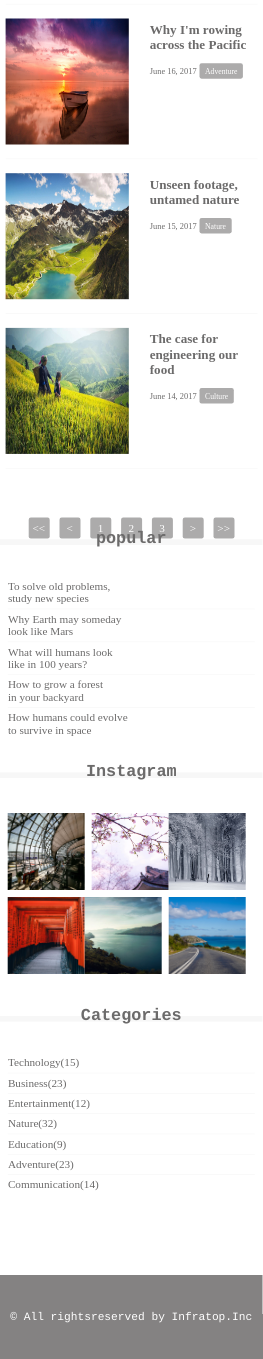
Repository: HaraTakae/kadai1-10
Page: caravan/index.html
The author's editor kept a record of every edit. The page is drawn from the files as they stood at one moment, then again after the next edit.
The browser window is 375 px wide. The pictures show the part of the page from y = 1028 to 3268 px (the page is 2970 px tall before and 3268 px after), at 70% of full size.
Some web libraries are served in a nearby version.

Above is the page before.

### caravan/index.html
<!DOCTYRE html>
<html lang="ja">
  <head>
    <meta charset="UTF-8" />
    <meta name="viewport" content="width=device-width,initial-scale=1.0">
    <!-- FontAwesomeの読み込み -->

    <script src="https://kit.fontawesome.com/e576961936.js" crossorigin="anonymous"></script>
    <!--CSSファイルの読み込み -->
    <link rel="stylesheet" href="style.css" />
    <title>CARAVAN</title>
  </head>

  <body>
    <!-- header -->
    <header>
      <h1 class="heading">
        <a href="index.html">
         CARAVAN
        </a>
      </h1>

      <div class="social">
        <i class="fa-brands fa-square-facebook"></i>
        <i class="fa-brands fa-square-twitter"></i>
        <i class="fa-brands fa-instagram"></i>
      </div>
    </header>

    <!-- navigation -->
    <nav>
      <ul class="nav-list">
        <li class="nav-list-item">
          <a href="index.html">Home</a>
        </li>
        <li class="nav-list-item">About</li>
        <li class="nav-list-item">Topic</li>
      </ul>
    </nav>

    <!-- main-visual用のdiv-->
    <div class="main-visual">
      <div class="main-visual-content">
        <p class="main-visual-text">
          The world is a book<br />
          and those who do not travel<br />
          read only one page.
        </p>
        <p class="main-visual-name">
          St. Augustine
        </p>
      </div>
    </div>

    <!-- main用のdiv -->
    <main>
      <section class="blog">
        <h2 class="blog-heading">Recent Blogs</h2>

         <div class="blog-box">
          <div class="blog-item">
            <img class="blog-image" src="img/forest.jpg" />
            <section class="blog-text">
              <h3 class="blog-text-heading">
                <a href="single.html">
                  Hopeful lessons from<br>
                  the battle to save<br>
                  rainforests
                </a>
              </h3>
              <p class="blog-date">June 19, 2017</p>
              <span class="category">Nature</span>
            </section>
          </div>
          <div class="blog-item">
            <img class="blog-image" src="img/desert.jpg" />
            <section class="blog-text">
              <h3 class="blog-text-heading">
                <a href="single.html">
                  How to fight<br>
                  desertification and<br>
                  reverse climate change
                  </a>
              </h3>
              <p class="blog-date">June 17, 2017</p>
              <span class="category">Nature</span>
            </section>
          </div>
          <div class="blog-item">
            <img class="blog-image" src="img/sunset.jpg" />
            <section class="blog-text">
              <h3 class="blog-text-heading">
                <a href="single.html">
                  Why I'm rowing<br>
                  across the Pacific
                </a>
              </h3>
              <p class="blog-date">June 16, 2017</p>
              <span class="category">Adventure</span>
            </section>
          </div>
          <div class="blog-item">
            <img class="blog-image" src="img/italy.jpg" />
            <section class="blog-text">
              <h3 class="blog-text-heading">
                <a href="single.html">
                  Unseen footage,<br>
                  untamed nature
                  </a>
              </h3>
              <p class="blog-date">June 15, 2017</p>
              <span class="category">Nature</span>
            </section>
          </div>
          <div class="blog-item">
            <img class="blog-image" src="img/asia.jpg" />
            <section class="blog-text">
              <h3 class="blog-text-heading">
                <a href="single.html">
                  The case for<br>
                  engineering our food
                </a>
              </h3>
              <p class="blog-date">June 14, 2017</p>
              <span class="category">Culture</span>
            </section>
          </div>
        </div>
        <div class="pagination">
        <p><<</p>
        <p><</p>
        <p>1</p>
        <p>2</p>
        <p>3</p>
        <p>></p>
        <p>>></p>
       </div>
      </section>

      <div class="sidebar">
        <section class="popular">
          <h2 class="popular-heading common-heading">popular</h2>
          <div class="sidebar-contents">
            <p class="popular-text">To solve old problems,<br>study new species</p>
            <p class="popular-text">Why Earth may someday<br>look like Mars</p>
            <p class="popular-text">What will humans look<br>like in 100 years?</p>
            <p class="popular-text">How to grow a forest<br>in your backyard</p>
            <p class="popular-text">How humans could evolve<br>to survive in space</p>
          </div>
        </section>
        <section class="instagram">
          <h2 class="instagram-heading common-heading">Instagram</h2>
          <div class="sidebar-contents">
            <div class="instagram-box"></div>
            <div class="instagram-box"></div>
            <div class="instagram-box"></div>
            <div class="instagram-box"></div>
            <div class="instagram-box"></div>
            <div class="instagram-box"></div>
          </div>
        </section>
        <section class="categories">
          <h2 class="categories-heading common-heading">Categories</h2>
          <div class="sidebar-contents">
            <p class="categories-text">Technology(15)</p>
            <p class="categories-text">Business(23)</p>
            <p class="categories-text">Entertainment(12)</p>
            <p class="categories-text">Nature(32)</p>
            <p class="categories-text">Education(9)</p>
            <p class="categories-text">Adventure(23)</p>
            <p class="categories-text">Communication(14)</p>
          </div>
        </section>
      </div>
    </main>

    <!-- footer -->
    <footer>
      <p class="footer-text">© All rightsreserved by Infratop.Inc</p>
    </footer>
  </body>
</html>

### caravan/style.css
/* ブラウザがそれぞれ持っているCSSをリセットするための記述 */
* {
  margin: 0;
  padding: 0;
  box-sizing: border-box;
  color: #6c6b6b;
}

a {
  text-decoration: none;
}

header,nav,h2,main-visual,footer {
  font-family: Chalkduster, "Bradley Hand", Courier, "Segoe Print", sans-serif;
}

header {
  width: 90%; /* 横90% */
  padding: 15px 0;
  margin: 0 auto;
  text-align: center;
  position: relative;
}

.social i {
  display: inline-block;
  margin-left: 20px;
}

.social {
  position: absolute;
  top: 22px;
  right: 22px;
}

header .heading { /* headerタグ内のheadingクラスにのみ反映される */
  font-size: 32px;
}

.nav-list {
  text-align: center;
  padding: 10px 0;
  margin: 0 auto;
}

.nav-list-item {
  list-style: none;
  display: inline-block;
  margin: 0 20px;
}

.main-visual {
  width: 100%; /* 横いっぱい */
  height: 300px; /* 高さ300px */
  background-image: url(img/mv.jpg);
  background-size: cover; /* 縦横比を維持したまま背景領域を埋め尽くす */
  background-position: center; /* 背景画像を中央に配置 */
}

.main-visual-content {
  width: 40%; /* 横40% */
  height: 300px; /* 親の高さに揃える */
  background-color: rgba( 0, 0, 0, 0.5); /* 背景色を半透明の黒にする */
  text-align: center; /* 文字を中央揃えにする */
  padding-top: 105px; /* 上側の内側余白で垂直方向の位置を調整 */
}

.main-visual-text {
  color: #fff; /* 文字色を白に変更 */
}

.main-visual-name {
  margin-top: 30px; /* 上側の外側の余白 */
  color: #fff; /* 文字色を白に変更 */
}

main {
  width: 800px;
  display: flex; /* Flexboxの利用 */
  justify-content: center; /* 要素の横並び・中央寄せ */
  margin: 0 auto; /* 要素の中央揃え */
  padding: 70px 0; /* 上下に70px、左右に0pxの内側余白 */
}

.blog {
  width: 540px;
  margin-right: 30px; /* 領域の右側余白 */
}

.blog-heading {
  border-bottom: 8px solid #f7f7f7;
  text-align: center;
  line-height: 0.6;
}

.blog-box {
  padding-top: 50px;
}

.blog-item {
  padding-bottom: 20px;
  margin-bottom: 20px;
  border-bottom: 1px solid #f7f7f7;
  display: flex;
  justify-content: flex-start;
}

.blog-image {
  height: 180px;
}

.blog-text {
  padding: 25px 0 0 30px;
}

.blog-text-heading {
  padding-bottom: 15px;
}

.blog-date {
  font-size: 12px;
  display: inline-block;
}

.category {
  display: inline-block;
  padding: 5px 8px;
  background-color: #acabab;
  border-radius: 3px;
  color: #fff;
  font-size: 11px;
}

.pagination {
  text-align: center;
  padding-top: 50px;
}

.pagination p {
  display: inline-block;
  width: 30px;
  height: 30px;
  margin: 0 5px;
  color: #fff;
  background-color: #acabab;
  border-radius: 3px;
  line-height: 30px;
}

.sidebar {
  width: 230px;
}

.common-heading {
  border-bottom: 8px solid #f7f7f7;
  text-align: center;
  line-height: 0.6px;
}

.sidebar-contents {
  padding: 50px 0;
}

.popular-text,
.categories-text {
  padding-bottom: 5px;
  border-bottom: 1px solid #f7f7f7;
  margin-bottom: 5px;
}

.popular-text:last-child,
.categories-text:last-child {
  margin: 0;
  padding: 0;
  border: none;
}

.instagram .sidebar-contents {
  display: flex;
  flex-wrap: wrap;
}

.instagram-box {
  width: 110px;
  padding-top: 110;
  background-size: cover;
  background-position: center;
  margin-bottom: 10px;
}

.instagram-box:nth-child(odd) {
  margin: 0 10px 10px 0;
}

.instagram-box:nth-child(1) {
  background-image: url(img/airport.jpg);
}

.instagram-box:nth-child(2) {
  background-image: url(img/japan.jpg);
}

.instagram-box:nth-child(3) {
  background-image: url(img/snow.jpg);
}

.instagram-box:nth-child(4) {
  background-image: url(img/japan2.jpg);
}

.instagram-box:nth-child(5) {
  background-image: url(img/lake.jpg);
}

.instagram-box:nth-child(6) {
  background-image: url(img/road.jpg);
}

footer {
  width: 100%; /* 横いっぱい */
  height: 120px; /* 高さ120px */
  text-align: center;
  line-height: 120px;
  background-color: #848282;
}

.footer-text {
  color: #fff;
}

@media screen and (max-width: 425px) {
  header {
    width: 100%;
  }

  .nav-list {
    width: 100%;
  }

  .nav-list-item {
    width: 100%;
    margin: 0 0 10px 0;
  }

  .social {
    display: none;
  }

  .main-visual-content {
    width: 100%;
  }

  main {
   width: 100%;
   display: block;
  }

  .blog {
    width: 100%;
    margin: 0;
  }

  .blog-box {
    padding-left: 2%;
    padding-right: 2%;
  }

  .blog-image {
    width: 49%;
  }

  .blog-text {
    width: 49%;
    padding-top: 5px;
  }

  .sidebar {
    width: 100%;
  }

  .sidebar-contents {
    padding-left: 3%;
    padding-right: 3%;
  }
}

After the next edit:
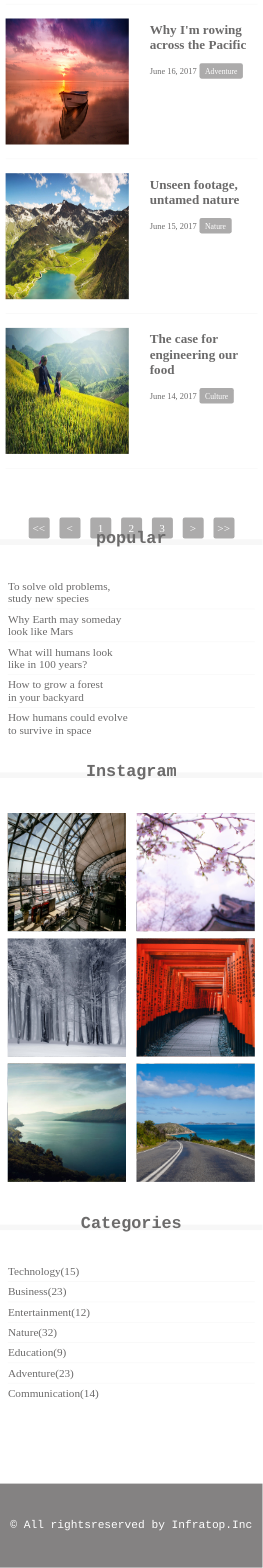
The edit:
--- a/caravan/style.css
+++ b/caravan/style.css
@@ -282,4 +282,13 @@
     padding-left: 3%;
     padding-right: 3%;
   }
-}
+
+  .instagram-box {
+    width: 48%;
+    padding-top: 48%;
+  }
+
+  .instagram-box:nth-child(odd) {
+    margin-right: 4%;
+  }
+}
